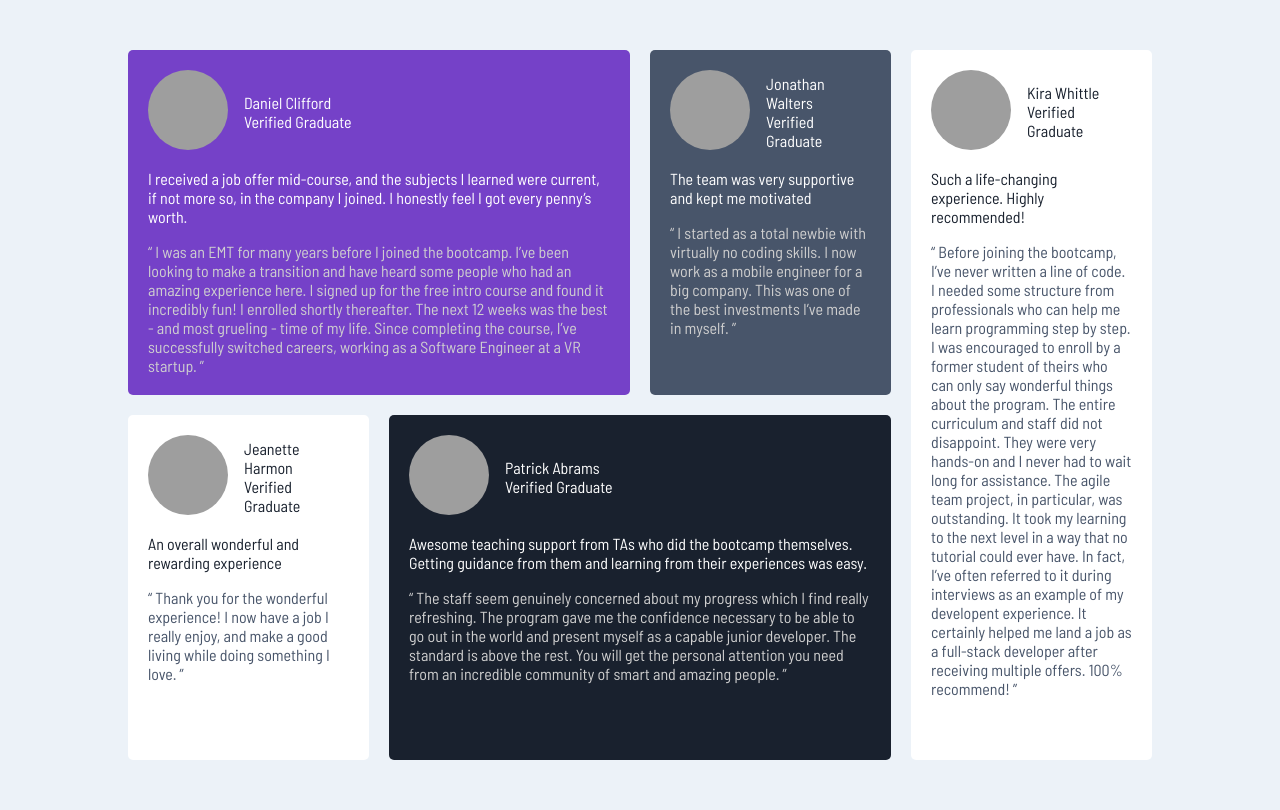
Repository: nptg3105/lab02-testimonials-grid
Page: index.html
These files come from the project's save history. The page is drawn as it stood at one moment and after the next save; the edit follows.
The browser window is 1280 px wide. The pictures show the whole page.
Pictures or frames that could not be fetched are drawn as grey boxes. The style sheet was rebuilt from its Sass, Less or Tailwind sources for each picture, by a compiler version that may differ from the author's.

Above is the page before, as saved 2021-12-08 05:59:09.

### index.html
<!DOCTYPE html>
<html lang="en">
  <head>
    <meta charset="UTF-8" />
    <meta http-equiv="X-UA-Compatible" content="IE=edge" />
    <meta name="viewport" content="width=device-width, initial-scale=1.0" />
    <title>Lab02 - Testimonials</title>
    <link rel="stylesheet" href="style.css" />
    <link
      href="https://fonts.googleapis.com/css2?family=Barlow+Semi+Condensed:wght@400;500;700&display=swap"
      rel="stylesheet"
    />
  </head>
  <body>
    <div class="container">
      <div class="testimonials">
        <div class="testimonials__item testimonials__item--violet">
          <div class="author">
            <div class="author__avatar">
              <img
                src="https://images.unsplash.com/photo-1570295999919-56ceb5ecca61?ixlib=rb-1.2.1&ixid=MnwxMjA3fDB8MHxzZWFyY2h8OHx8bWFufGVufDB8fDB8fA%3D%3D&auto=format&fit=crop&w=500&q=60"
                alt=""
              />
            </div>
            <div class="author__name">
              Daniel Clifford <br />
              Verified Graduate
            </div>
          </div>
          <div class="testimonials__heading">
            I received a job offer mid-course, and the subjects I learned were
            current, if not more so, in the company I joined. I honestly feel I
            got every penny’s worth.
          </div>
          <div class="testimonials__desc">
            “ I was an EMT for many years before I joined the bootcamp. I’ve
            been looking to make a transition and have heard some people who had
            an amazing experience here. I signed up for the free intro course
            and found it incredibly fun! I enrolled shortly thereafter. The next
            12 weeks was the best - and most grueling - time of my life. Since
            completing the course, I’ve successfully switched careers, working
            as a Software Engineer at a VR startup. ”
          </div>
        </div>
        <div class="testimonials__item testimonials__item--grey">
          <div class="author">
            <div class="author__avatar">
              <img
                src="https://images.unsplash.com/photo-1570295999919-56ceb5ecca61?ixlib=rb-1.2.1&ixid=MnwxMjA3fDB8MHxzZWFyY2h8OHx8bWFufGVufDB8fDB8fA%3D%3D&auto=format&fit=crop&w=500&q=60"
                alt=""
              />
            </div>
            <div class="author__name">
              Jonathan Walters <br />
              Verified Graduate
            </div>
          </div>
          <div class="testimonials__heading">
            The team was very supportive and kept me motivated
          </div>
          <div class="testimonials__desc">
            “ I started as a total newbie with virtually no coding skills. I now
            work as a mobile engineer for a big company. This was one of the
            best investments I’ve made in myself. ”
          </div>
        </div>
        <div class="testimonials__item testimonials__item--tall">
          <div class="author">
            <div class="author__avatar">
              <img
                src="https://images.unsplash.com/photo-1570295999919-56ceb5ecca61?ixlib=rb-1.2.1&ixid=MnwxMjA3fDB8MHxzZWFyY2h8OHx8bWFufGVufDB8fDB8fA%3D%3D&auto=format&fit=crop&w=500&q=60"
                alt=""
              />
            </div>
            <div class="author__name author__name--black">
              Kira Whittle <br />
              Verified Graduate
            </div>
          </div>
          <div class="testimonials__heading testimonials__heading--black">
            Such a life-changing experience. Highly recommended!
          </div>
          <div class="testimonials__desc testimonials__desc--grey">
            “ Before joining the bootcamp, I’ve never written a line of code. I
            needed some structure from professionals who can help me learn
            programming step by step. I was encouraged to enroll by a former
            student of theirs who can only say wonderful things about the
            program. The entire curriculum and staff did not disappoint. They
            were very hands-on and I never had to wait long for assistance. The
            agile team project, in particular, was outstanding. It took my
            learning to the next level in a way that no tutorial could ever
            have. In fact, I’ve often referred to it during interviews as an
            example of my developent experience. It certainly helped me land a
            job as a full-stack developer after receiving multiple offers. 100%
            recommend! ”
          </div>
        </div>
        <div class="testimonials__item testimonials__item--white">
          <div class="author">
            <div class="author__avatar">
              <img
                src="https://images.unsplash.com/photo-1570295999919-56ceb5ecca61?ixlib=rb-1.2.1&ixid=MnwxMjA3fDB8MHxzZWFyY2h8OHx8bWFufGVufDB8fDB8fA%3D%3D&auto=format&fit=crop&w=500&q=60"
                alt=""
              />
            </div>
            <div class="author__name author__name--black">
              Jeanette Harmon <br />
              Verified Graduate
            </div>
          </div>
          <div class="testimonials__heading testimonials__heading--black">
            An overall wonderful and rewarding experience
          </div>
          <div class="testimonials__desc testimonials__desc--grey">
            “ Thank you for the wonderful experience! I now have a job I really
            enjoy, and make a good living while doing something I love. ”
          </div>
        </div>
        <div class="testimonials__item testimonials__item--black">
          <div class="author">
            <div class="author__avatar">
              <img
                src="https://images.unsplash.com/photo-1570295999919-56ceb5ecca61?ixlib=rb-1.2.1&ixid=MnwxMjA3fDB8MHxzZWFyY2h8OHx8bWFufGVufDB8fDB8fA%3D%3D&auto=format&fit=crop&w=500&q=60"
                alt=""
              />
            </div>
            <div class="author__name">
              Patrick Abrams <br />
              Verified Graduate
            </div>
          </div>
          <div class="testimonials__heading">
            Awesome teaching support from TAs who did the bootcamp themselves.
            Getting guidance from them and learning from their experiences was
            easy.
          </div>
          <div class="testimonials__desc">
            “ The staff seem genuinely concerned about my progress which I find
            really refreshing. The program gave me the confidence necessary to
            be able to go out in the world and present myself as a capable
            junior developer. The standard is above the rest. You will get the
            personal attention you need from an incredible community of smart
            and amazing people. ”
          </div>
        </div>
      </div>
    </div>
  </body>
</html>

### style.scss
$font-main:'Barlow Semi Condensed',
sans-serif;
$violet-color:#7541c8;
$grey-color: #48556a;
$light-grey-color: #cfcfcf;
$white-color: #fff;
$bg-color: #ecf2f8;
$black-color: #19212e;

* {
    box-sizing: border-box;
    margin: 0;
    padding: 0;
}

body {
    background-color: $bg-color;
}

.container {
    max-width: 1024px;
    margin: 50px auto;

}

.testimonials {
    font-family: $font-main;
    display: grid;
    gap: 20px;
    grid-template-columns: repeat(4, 1fr);
    grid-template-rows: repeat(2, 1fr);
    grid-template-areas: "violet-area violet-area grey-area white-tall-area"
        "white-area black-area black-area white-tall-area";
    color: $white-color;

    &__item {
        border-radius: 5px;
        padding: 20px;

        &--violet {
            background-color: $violet-color;
            grid-area: violet-area;
        }

        &--grey {
            background-color: $grey-color;
            grid-area: grey-area;
        }

        &--tall {
            background-color: $white-color;
            grid-area: white-tall-area;

        }

        &--white {
            background-color: $white-color;
            grid-area: white-area;
        }

        &--black {
            background-color: $black-color;
            grid-area: black-area;
        }
    }

    &__heading {
        margin: 16px 0;
    }

    &__heading--black {
        color: $black-color;
    }

    &__desc {
        color: $light-grey-color;
    }

    &__desc--grey {
        color: $grey-color;
    }
}

.author {
    display: flex;
    align-items: center;

    &__name--black {
        color: $black-color;
    }

    &__avatar {
        margin-right: 16px;

        img {
            object-fit: cover;
            width: 80px;
            height: 80px;
            border-radius: 50%;

        }
    }

}

After the next save:
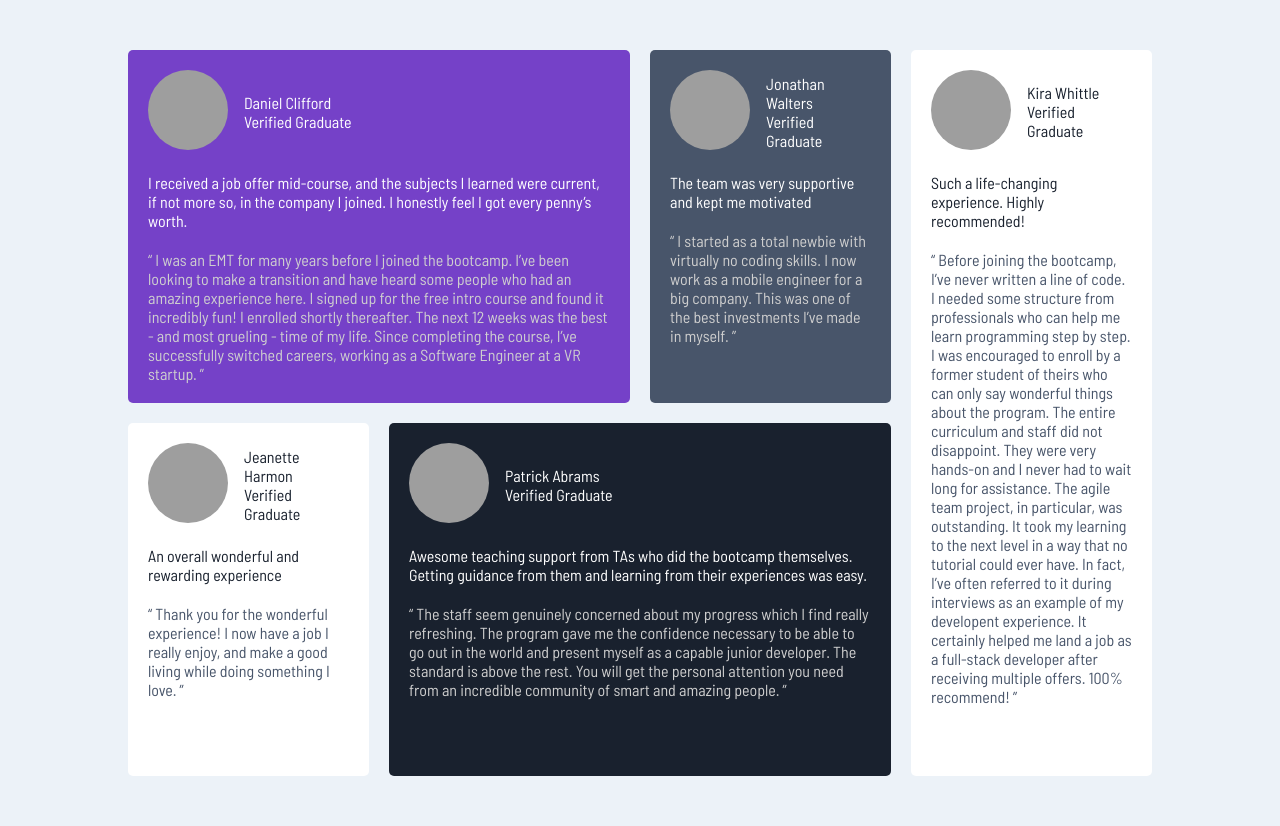
Saved 4 s later.
--- a/style.scss
+++ b/style.scss
@@ -65,7 +65,7 @@ body {
     }
 
     &__heading {
-        margin: 16px 0;
+        margin: 20px 0;
     }
 
     &__heading--black {
